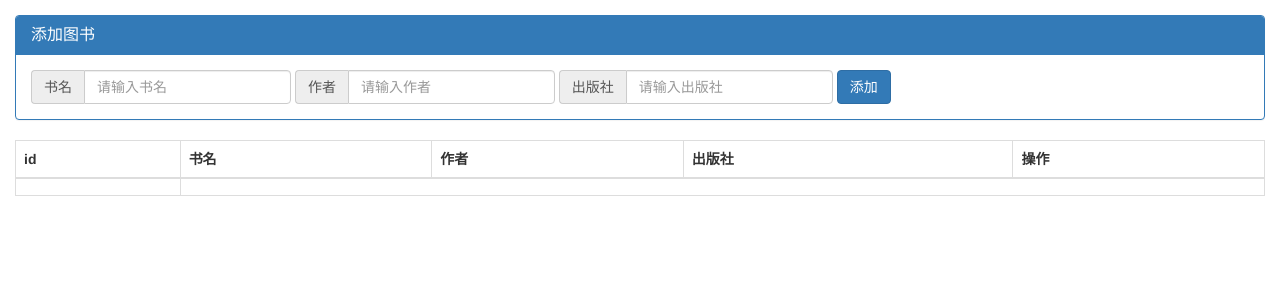
Repository: Bluesouls/eliauk.github.io
Page: Ajax学习笔记/day01/code/图书管理.html
The author's editor kept a copy of each file at every save. The page is drawn from the files as they stood at one save, then again after the next save.
The browser window is 1280 px wide. The pictures show the whole page.

Above is the page before, as saved 2022-04-24 17:05:18.
Console error (its wording comes from the project's code and is left out).

### Ajax学习笔记/day01/code/图书管理.html
<!DOCTYPE html>
<html lang="en">

<head>
  <meta charset="UTF-8">
  <meta http-equiv="X-UA-Compatible" content="IE=edge">
  <meta name="viewport" content="width=device-width, initial-scale=1.0">
  <link href="https://cdn.bootcss.com/bootstrap/3.3.7/css/bootstrap.css" rel="stylesheet">
  <script src="https://cdn.bootcss.com/bootstrap/3.3.7/js/bootstrap.js"></script>
  <title>图书管理</title>
</head>

<body style="padding:15px">
  <!-- 添加图书的 Panel 面板 -->
  <div class="panel panel-primary">
    <div class="panel-heading">
      <h3 class="panel-title">添加图书</h3>
    </div>
    <div class="panel-body form-inline">

      <div class="input-group">
        <div class="input-group-addon">书名</div>
        <input type="text" class="form-control" id="books" placeholder="请输入书名">
      </div>
      <div class="input-group">
        <div class="input-group-addon">作者</div>
        <input type="text" class="form-control" id="author" placeholder="请输入作者">
      </div>
      <div class="input-group">
        <div class="input-group-addon">出版社</div>
        <input type="text" class="form-control" id="publisher" placeholder="请输入出版社">
      </div>

      <button type="button" class="btn btn-primary">添加</button>

    </div>
  </div>

  <!-- 图书的表格 -->
  <table class="table table-bordered table-hover">
    <thead>
      <tr>
        <th>id</th>
        <th>书名</th>
        <th>作者</th>
        <th>出版社</th>
        <th>操作</th>
      </tr>
    </thead>
    <tbody>
      <tr>
        <td></td>
      </tr>
    </tbody>
  </table>
</body>

</html>

After the next save:
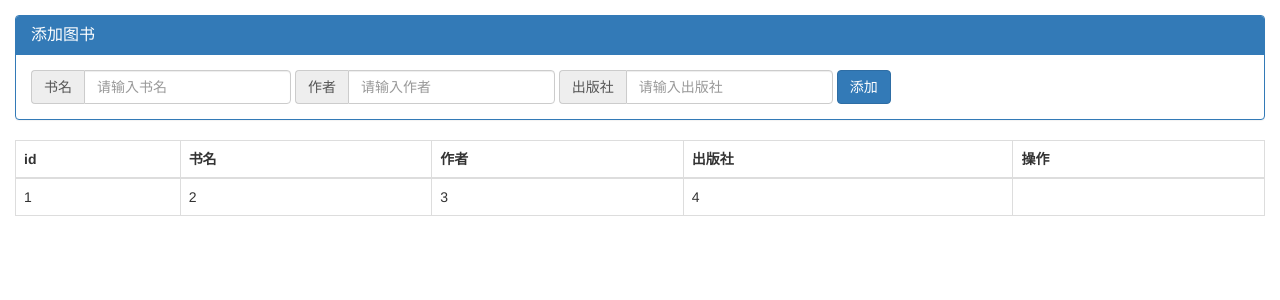
Saved 13 min 49 s later.
--- a/Ajax学习笔记/day01/code/图书管理.html
+++ b/Ajax学习笔记/day01/code/图书管理.html
@@ -49,7 +49,10 @@
     </thead>
     <tbody>
       <tr>
-        <td></td>
+        <td>1</td>
+        <td>2</td>
+        <td>3</td>
+        <td>4</td>
       </tr>
     </tbody>
   </table>
